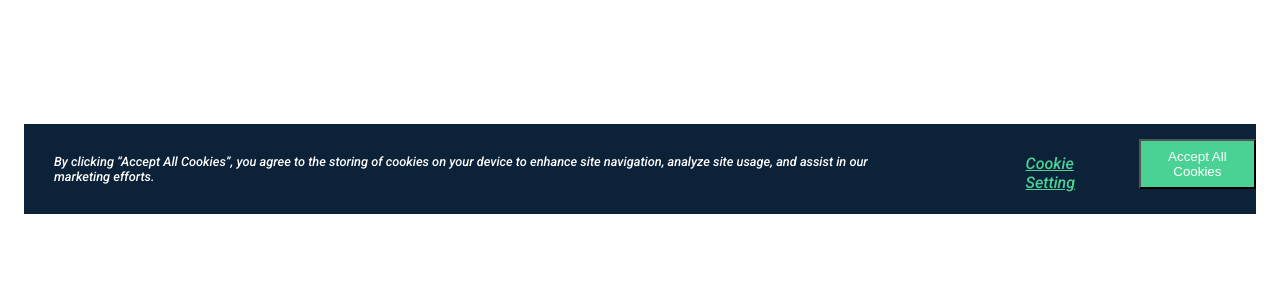
Repository: batonAnton/cursor_cookies_lectr3
Page: index.html
The author's editor kept a copy of each file at every save. The page is drawn from the files as they stood at one save, then again after the next save.
The browser window is 1280 px wide. The pictures show the whole page.

Above is the page before, as saved 2022-06-01 10:52:46.

### index.html
<!DOCTYPE html>
<html lang="en">
<head>
    <meta charset="UTF-8">
    <meta http-equiv="X-UA-Compatible" content="IE=edge">
    <meta name="viewport" content="width=device-width, initial-scale=1.0">
    <link rel="preconnect" href="https://fonts.googleapis.com">
    <link rel="preconnect" href="https://fonts.gstatic.com" crossorigin>
    <link href="https://fonts.googleapis.com/css2?family=Roboto:ital,wght@1,500&display=swap" rel="stylesheet">
    <link rel="stylesheet" href="/css/style.css">
    <title>Cookie Banner</title>
</head>
<body>
    <div class="container">
        <div class="banner_1">
            <p>By clicking “Accept All Cookies”, you agree to the storing of cookies on your device to enhance site navigation, analyze site usage, and assist in our marketing efforts.</p>

            <a href="#">cookie setting</a>

            <button>accept all cookies</button>
        </div>
    </div>
</body>
</html>

### css/style.css
body {
  margin: 124px 24px;
  font-family: 'Roboto', sans-serif;
}
p {
  font-size: 0.8rem;
}

.banner_1 {
  width: 100%;
  /* height: 72px; */
  display: inline-flex;
  background-color: #0b2239;
}

.banner_1 p {
  color: #ffffff;
  margin: 30px;
}

.banner_1 a{
    color: #4AD295;
    margin-left: 100px;
    margin-top: 30px;
    text-transform: capitalize;
}

.banner_1 button {
  color: #ffffff;
  background-color: #4ad295;
  margin-top: 15px;
  margin-left: 20px;
  height: 50px;
  text-transform: capitalize;

}

After the next save:
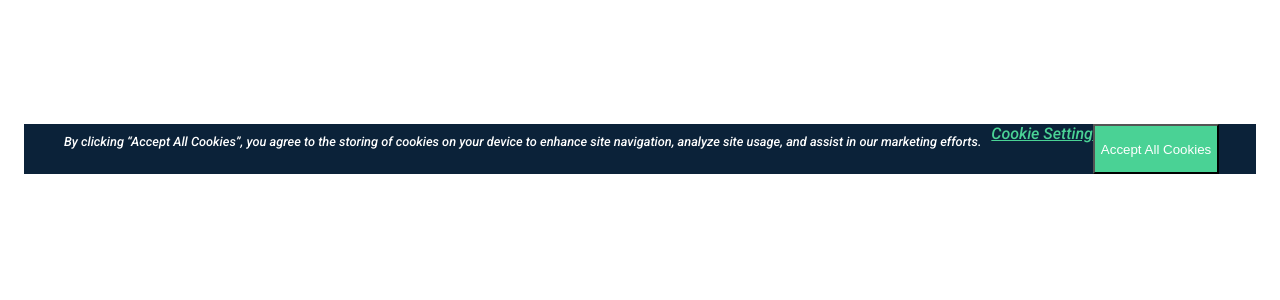
Saved 9 min 47 s later.
--- a/css/style.css
+++ b/css/style.css
@@ -15,21 +15,21 @@ p {
 
 .banner_1 p {
   color: #ffffff;
-  margin: 30px;
+  margin: 10px 10px 10px 40px;
 }
 
 .banner_1 a{
     color: #4AD295;
-    margin-left: 100px;
-    margin-top: 30px;
+    /* margin-left: 100px; */
+    /* margin-top: 30px; */
     text-transform: capitalize;
 }
 
 .banner_1 button {
   color: #ffffff;
   background-color: #4ad295;
-  margin-top: 15px;
-  margin-left: 20px;
+  /* margin-top: 15px; */
+  /* margin-left: 20px; */
   height: 50px;
   text-transform: capitalize;
 
